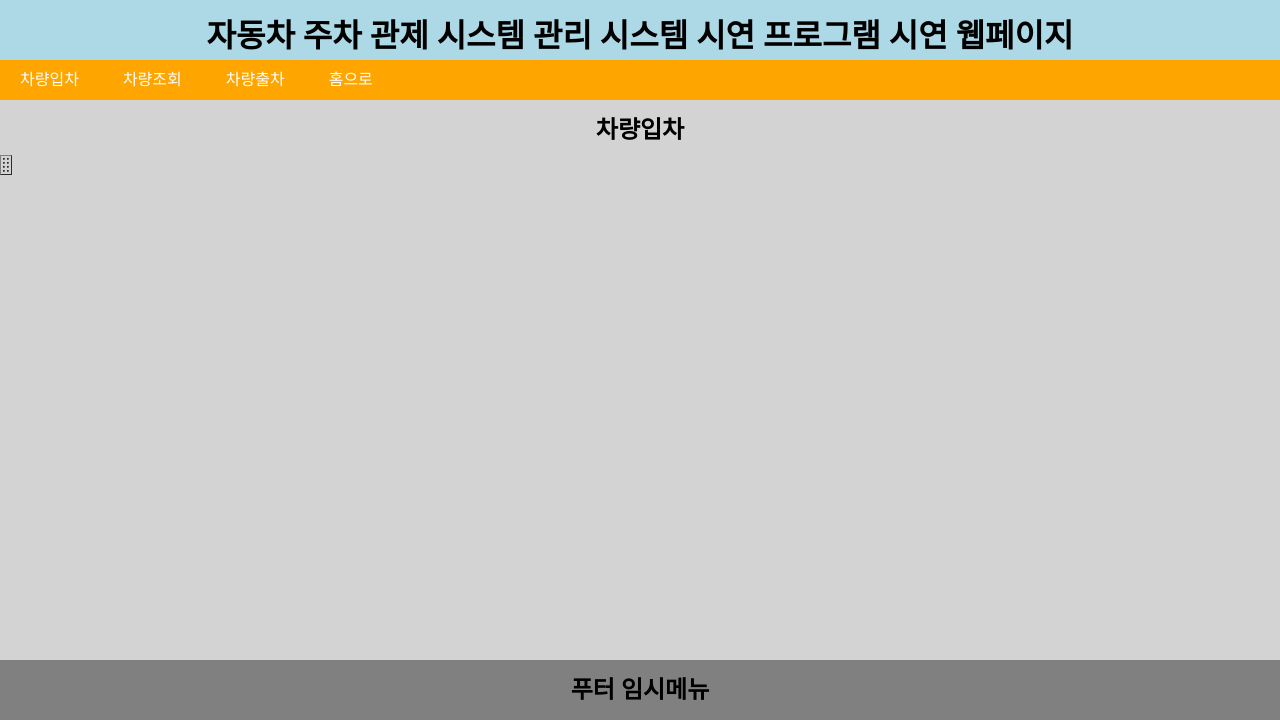
Repository: Ghraminal/mytest
Page: http://localhost/farking/insert.jsp
The author's editor kept a copy of each file at every save. The page is drawn from the files as they stood at one save, then again after the next save.
The browser window is 1280 px wide. The pictures show the whole page.
The page is served by Tomcat 9.

Above is the page before, as saved 2025-08-19 00:35:17.

### farking/src/main/webapp/insert.jsp
<%@ page language="java" contentType="text/html; charset=UTF-8"
    pageEncoding="UTF-8"%>
<!DOCTYPE html>
<html>
<head>
<meta charset="UTF-8">
<title>Insert title here</title>
<style>
	*{
		margin: 0;
		padding: 0;
		list-style: none;
		text-decoration: none;
		box-sizing: border-box;
	}
	section{
		width: 100%;
		height: calc(100vh - 160px);
		background-color: lightgray;
	}
	h1{
		justify-content: center;
		text-align: center;
		padding: 10px;
	}
</style>
</head>
<body>
<jsp:include page="header.jsp"></jsp:include>
<jsp:include page="nav.jsp"></jsp:include>
<section>

<h1>차량입차</h1>

<form action="action.jsp" method="post" name="frm">
	<table border="1">
		<tr>
			<th></th>
			<td></td>
		</tr>
		<tr>
			<th></th>
			<td></td>
		</tr>
		<tr>
			<th></th>
			<td></td>
		</tr>
		<tr>
			<th></th>
			<td></td>
		</tr>
	</table>
</form>

</section>
<jsp:include page="footer.jsp"></jsp:include>
</body>
</html>

### farking/src/main/webapp/header.jsp
<%@ page language="java" contentType="text/html; charset=UTF-8"
    pageEncoding="UTF-8"%>
<!DOCTYPE html>
<html>
<head>
<meta charset="UTF-8">
<title>Insert title here</title>
<style>
	*{
		margin: 0;
		padding: 0;
		list-style: none;
		text-decoration: none;
		box-sizing: border-box;
	}
	header{
		width: 100%;
		height: 60px;
		background-color: lightblue;
	}
	h1{
		justify-content: center;
		text-align: center;
		padding: 10px;
	}
</style>
</head>
<body>
<header>
	<h1>자동차 주차 관제 시스템 관리 시스템 시연 프로그램 시연 웹페이지</h1>
</header>

</body>
</html>

### farking/src/main/webapp/nav.jsp
<%@ page language="java" contentType="text/html; charset=UTF-8"
	pageEncoding="UTF-8"%>
<!DOCTYPE html>
<html>
<head>
<meta charset="UTF-8">
<title>nav</title>
<style>
nav {
	width: 100%;
	height: 40px;
	background-color: orange;
	line-height: 40px;
}

nav a {
	color: white;
	padding: 0 20px;
}
</style>
</head>
<body>
	<nav>
		<a href="insert.jsp">차량입차</a>
		<a href="list">차량조회</a>
		<a href="out.jsp">차량출차</a>
		<a href="index.jsp">홈으로</a>
	</nav>
</body>
</html>

### farking/src/main/webapp/footer.jsp
<%@ page language="java" contentType="text/html; charset=UTF-8"
    pageEncoding="UTF-8"%>
<!DOCTYPE html>
<html>
<head>
<meta charset="UTF-8">
<title>Insert title here</title>
<style>
	*{
		margin: 0;
		padding: 0;
		list-style: none;
		text-decoration: none;
		box-sizing: border-box;
	}
	footer{
		width: 100%;
		height: 60px;
		background-color: gray;
	}
	h2{
		justify-content: center;
		text-align: center;
		padding: 10px;
	}
</style>
</head>
<body>
<footer>
<h2>푸터 임시메뉴</h2>
</footer>

</body>
</html>

After the next save:
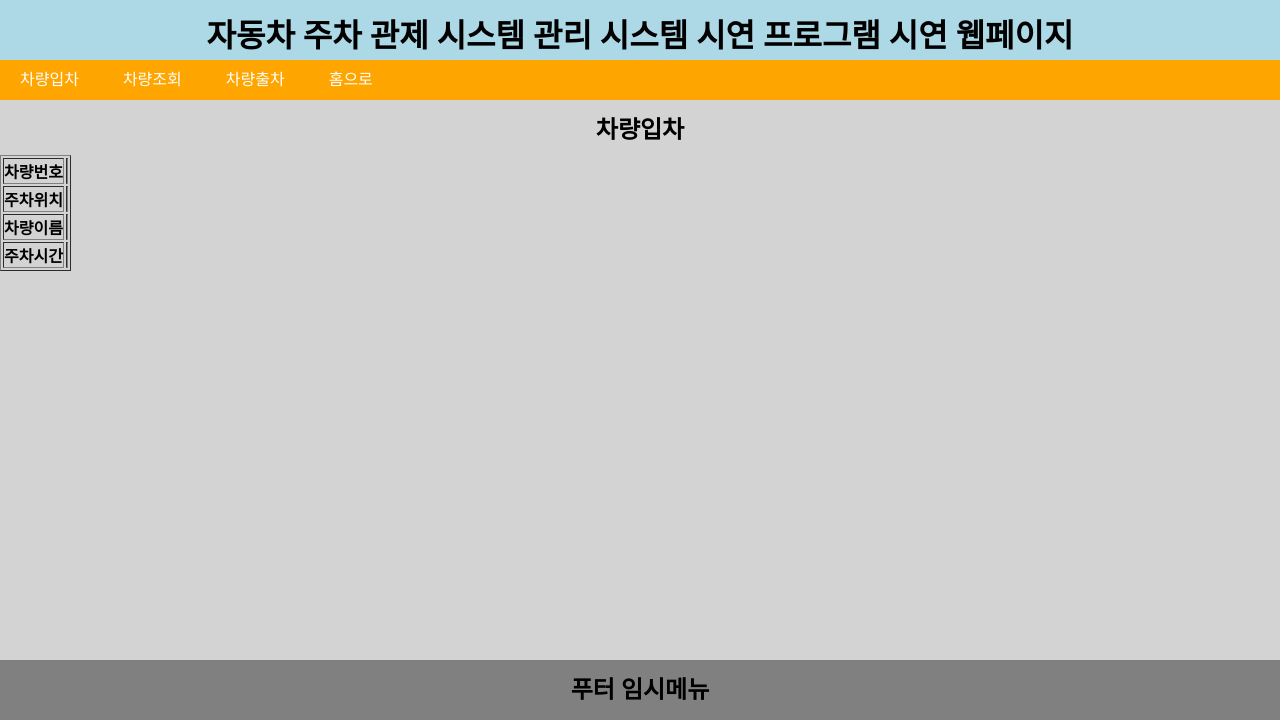
Saved 33 s later.
--- a/farking/src/main/webapp/insert.jsp
+++ b/farking/src/main/webapp/insert.jsp
@@ -35,19 +35,19 @@
 <form action="action.jsp" method="post" name="frm">
 	<table border="1">
 		<tr>
-			<th></th>
+			<th>차량번호</th>
 			<td></td>
 		</tr>
 		<tr>
-			<th></th>
+			<th>주차위치</th>
 			<td></td>
 		</tr>
 		<tr>
-			<th></th>
+			<th>차량이름</th>
 			<td></td>
 		</tr>
 		<tr>
-			<th></th>
+			<th>주차시간</th>
 			<td></td>
 		</tr>
 	</table>
